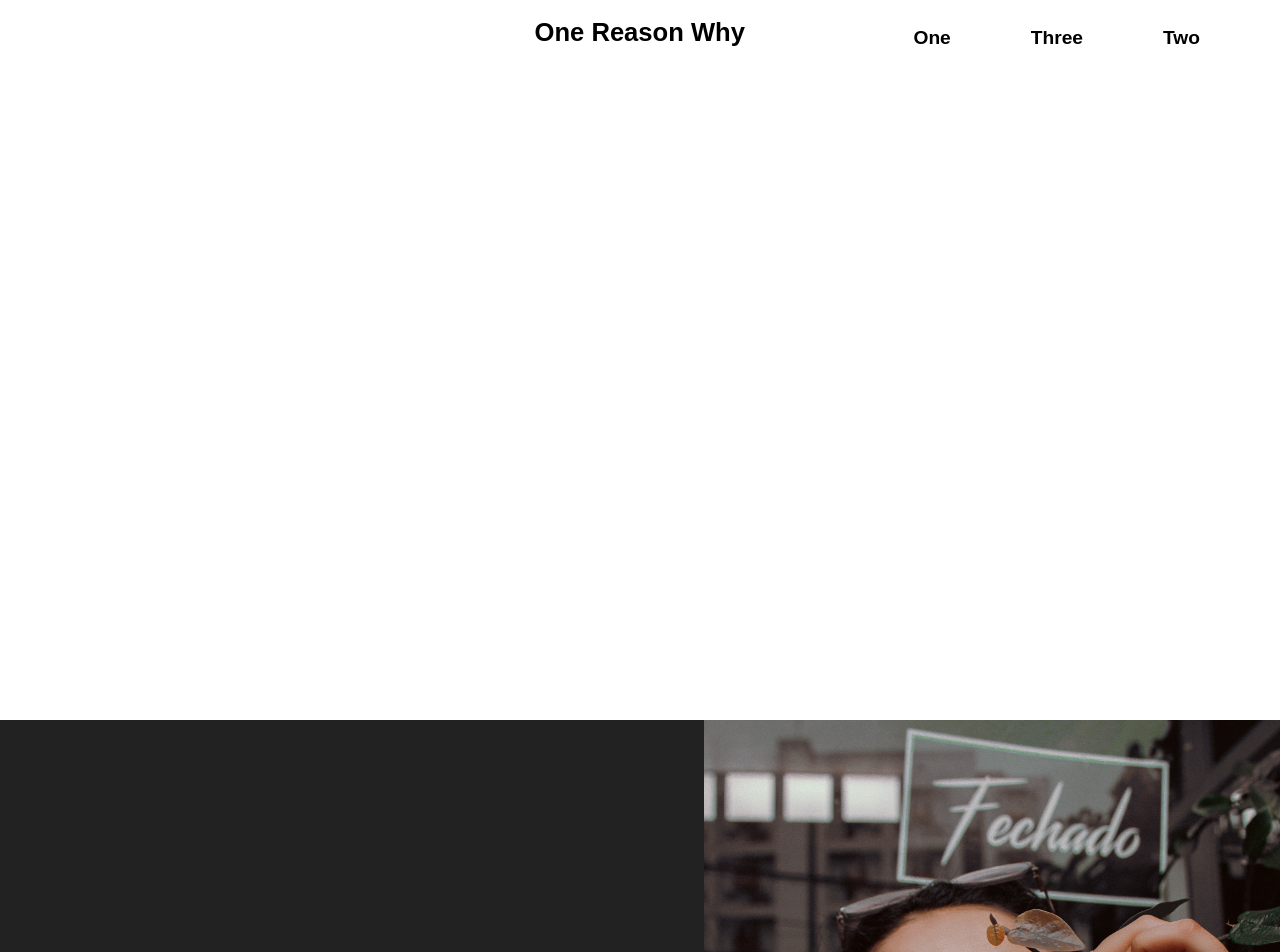
Repository: Imprasna/scrollmagic
Page: index.html
The author's editor kept a copy of each file at every save. The page is drawn from the files as they stood at one save, then again after a run of saves.
The browser window is 1280 px wide. The pictures show the part of the page from y = 0 to 952 px (the page is 2200 px tall).
A picture or video elsewhere on the page could not be fetched, so the positions and the page height are approximate. Some web fonts or font styles are not loaded; a fallback is used. Some web libraries are served in a nearby version.

Above is the page before, as saved 2021-10-27 00:38:38.

After the next 2 saves:
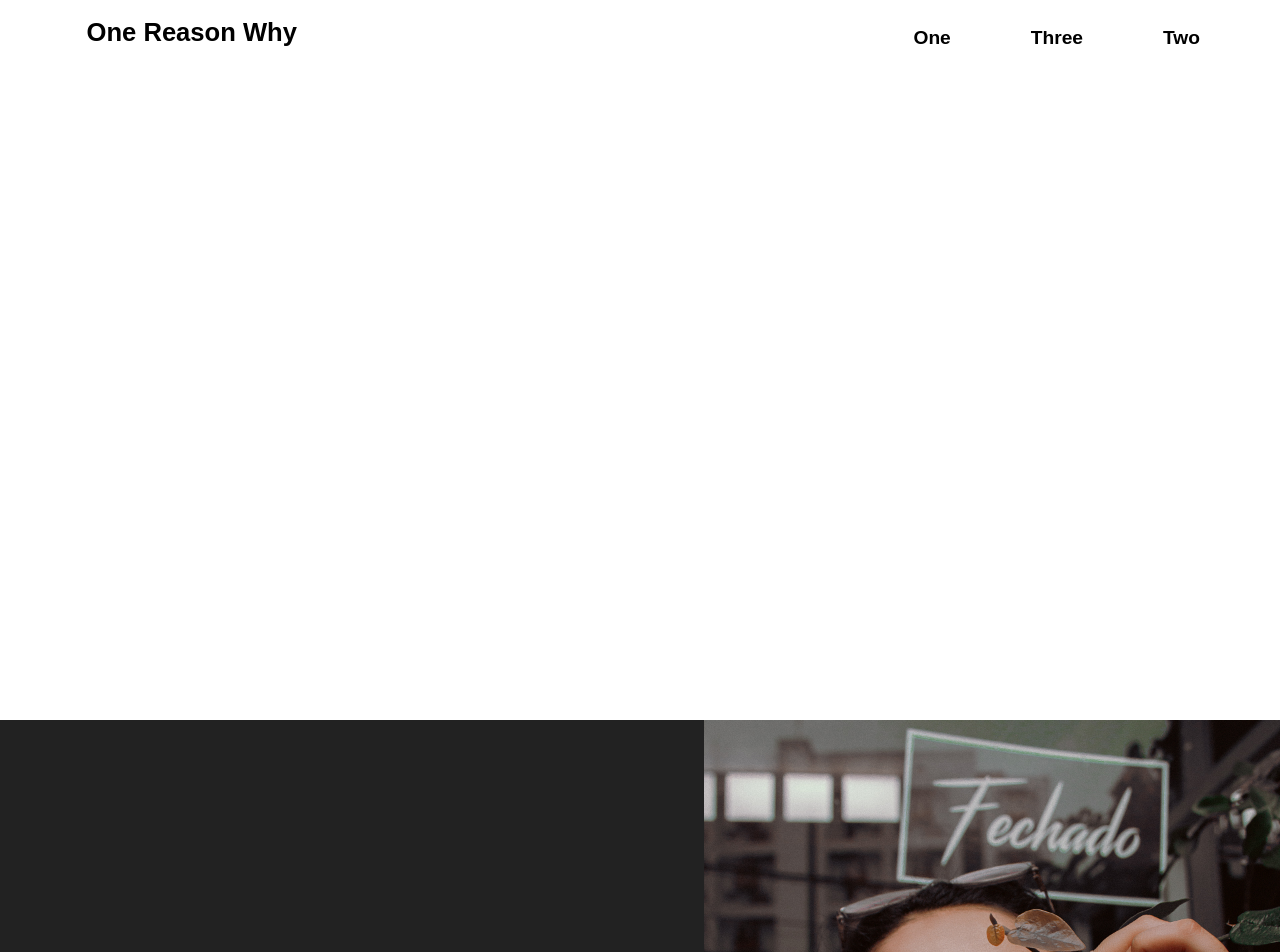
The 2 saves are shown as one change because they came seconds apart.
The last was saved 6 s later.
--- a/app.js
+++ b/app.js
@@ -28,4 +28,4 @@ let tl3 = gsap.timeline({
 });
 
 tl.fromTo(".sliding-text", { y:0 }, { y:-80 });
-tl2.fromTo(".logo", {scale: 6}, {scale: 1, top: "2rem", })
+tl2.fromTo(".logo", {scale: 6}, {scale: 1, top: "2rem", left: "12rem"});
